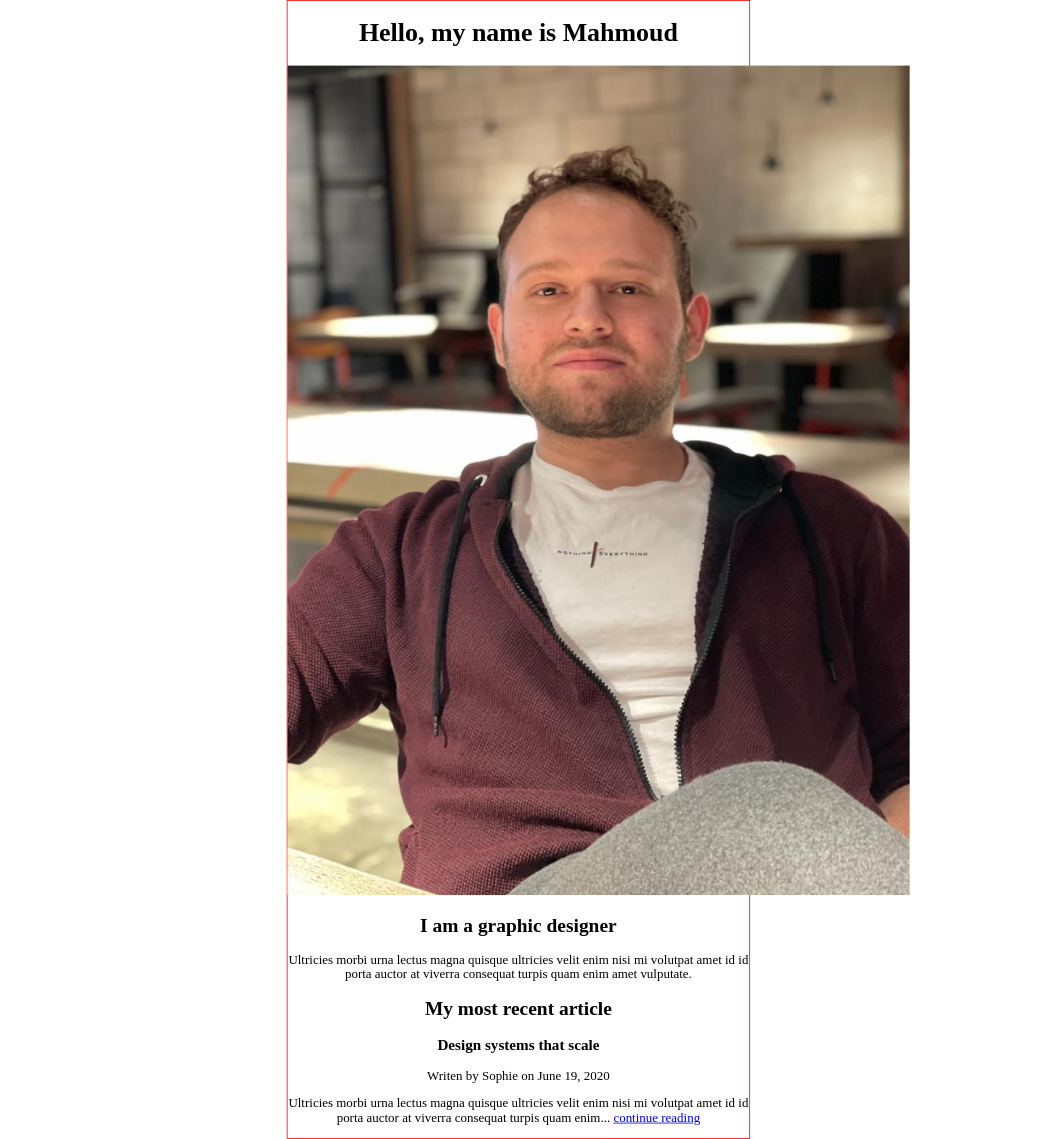
Repository: Doumham-Armah/portfolio
Page: index.html
An editor plug-in stored every save of this project. The page is shown before and after the next save, followed by the edit.
The browser window is 1280 px wide. The pictures show the whole page, at 81% of full size.

Above is the page before, as saved 2021-08-16 23:04:36.

After the next save:
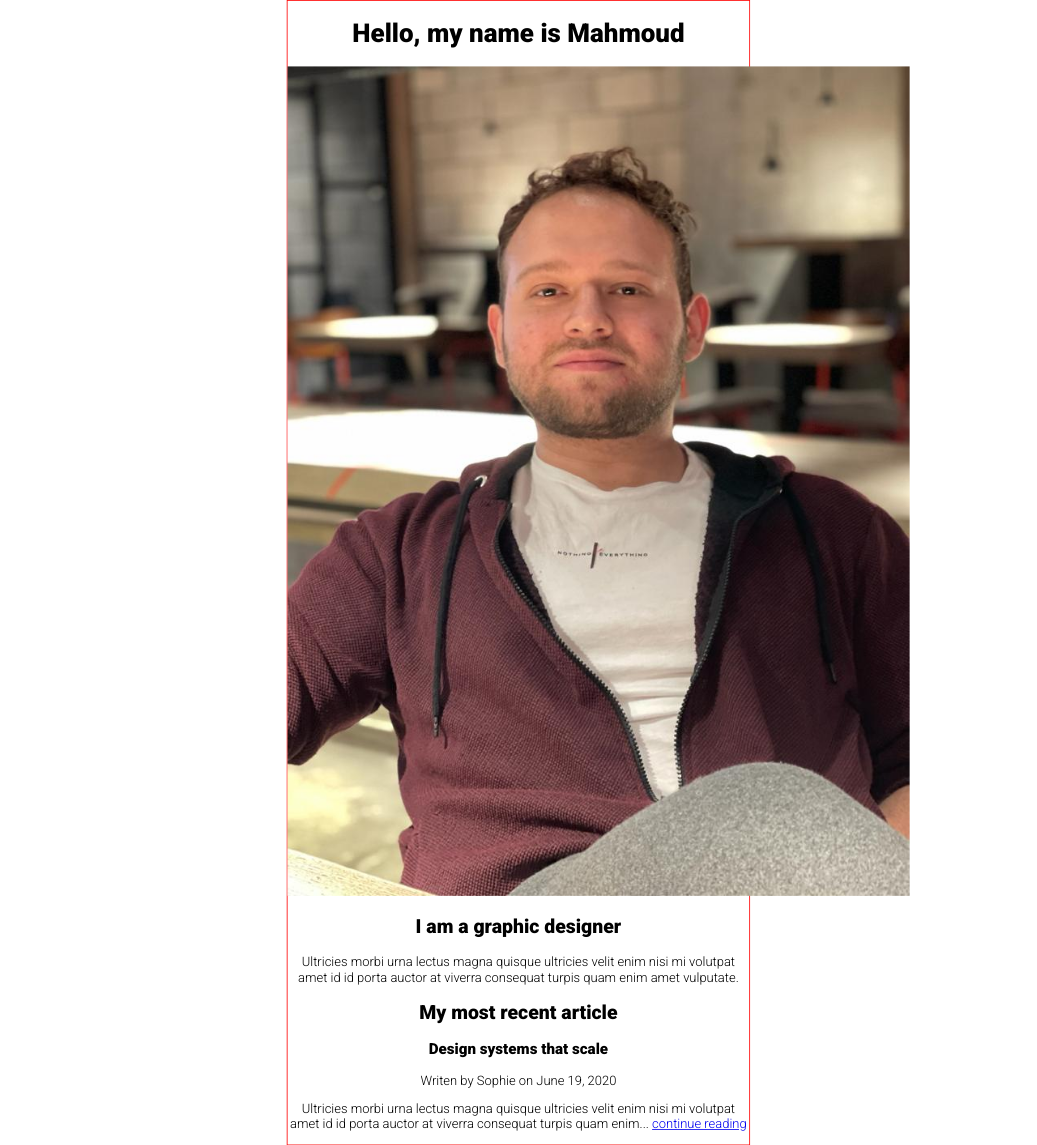
Saved 16 s later.
--- a/style.css
+++ b/style.css
@@ -7,4 +7,5 @@ body {
   margin: 0 auto;
   border: 1px solid red;
   text-align: center;
+  font-family: "Roboto", sans-serif;
 }
